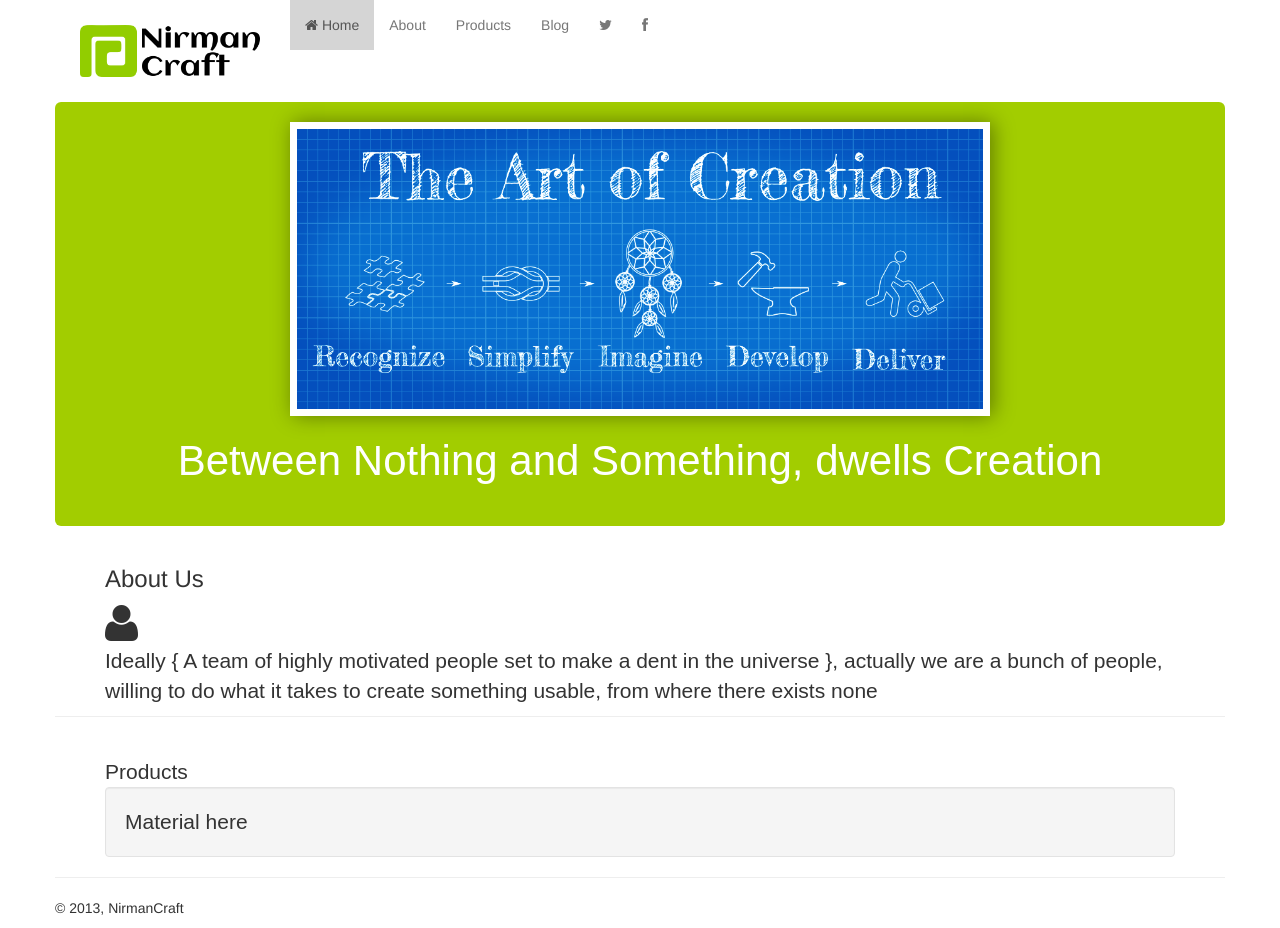
Repository: MeShreyas/NirmanCraftWebsite
Page: NirmanCraft/index.html
The author's editor kept a copy of each file at every save. The page is drawn from the files as they stood at one save, then again after the next save.
The browser window is 1280 px wide. The pictures show the whole page.
Some web fonts or font styles are not loaded; a fallback is used.

Above is the page before, as saved 2013-10-07 12:36:31.
Console error: ReferenceError: jQuery is not defined

### NirmanCraft/index.html
<!DOCTYPE html>
<html lang="en">
	<head>
		<meta charset="utf-8">

		<!-- Always force latest IE rendering engine (even in intranet) & Chrome Frame
		Remove this if you use the .htaccess -->
		<meta http-equiv="X-UA-Compatible" content="IE=edge,chrome=1">

		<title>Nirman Craft</title>
		<meta name="description" content="">
		<meta name="author" content="Shreyas">

		<meta name="viewport" content="width=device-width; initial-scale=1.0">

		<!-- Replace favicon.ico & apple-touch-icon.png in the root of your domain and delete these references -->
		<link rel="shortcut icon" href="/favicon.ico">
		<link rel="stylesheet" href="css/bootstrap.min.css">
		<link rel="apple-touch-icon" href="/apple-touch-icon.png">
		<link rel="stylesheet" href="font-awesome/css/font-awesome.min.css"/>
		<style type="text/css">
				.title-text {
					font-family: 'Strait', sans-serif;
					font-size: 2em;
					color: #FFFFFF;
				}

				.header-text {
					font-family: 'Strait', sans-serif;
					font-size: 1.5em;
					color:#333333;
				}
			</style>
	</head>

	<body>
		<div class="container">
			<header class="navbar" style="background-color: #FFFFFF;margin-bottom:0px">
				<div class="container">
					<div class="navbar-header">
						<a class="navbar-brand" href="../"><img src="images/nclogo.png" width="200px" style="padding:10px"/></a>
					</div>
					<div>
						<ul class="nav navbar-nav container" >
							<li class="active">
								<a href="../getting-started"><i class="icon-home"></i>&nbsp;Home</a>
							</li>
							<li>
								<a href="../css">About</a>
							</li>
							<li>
								<a href="../components">Products</a>
							</li>
							<li>
								<a href="../javascript">Blog</a>
							</li>
							<li>
								<a href="../customize"><i class="icon-twitter"></i></a>
							</li>
							<li>
								<a href="../customize"><i class="icon-facebook"></i></a>
							</li>
						</ul>
					</div>
				</div>
			</header>

			<div class="jumbotron" style="padding:20px 0px;margin-top:0px;background-color: #A2CD00">
				<div class="container title-text">
					<center>
						<img src="images/finalbanner.png" width="700px" style="border:7px solid #FFFFFF;box-shadow: 3px 0px 20px rgba(0,0,0,0.4)"/>
						<br/>
						Between Nothing and Something, dwells Creation
					</center>
				</div>
			</div>
			<div class="page-header header-text" style="padding:0 50px">
				<h3>About Us</h3>
				<div>
					<i class="icon-user icon-2x"></i>
					<p>
					Ideally { A team of highly motivated people set to make a dent in the universe }, actually we are a bunch
					of people, willing to do what it takes to create something usable, from where there exists none
					</p>
				</div>
			</div>
			<div class="page-header header-text" style="padding:0 50px">
				Products
				<div class="well">
					Material here
				</div>
			</div>
			<footer>
				<p>
					&copy; 2013, NirmanCraft
				</p>
			</footer>
		</div>
		<script src="js/bootstrap.min.js" type="text/javascript" charset="utf-8"></script>
		<link href='http://fonts.googleapis.com/css?family=Strait' rel='stylesheet' type='text/css'>
	</body>
</html>

Loaded but not shown: NirmanCraft/css/bootstrap.min.css (library); NirmanCraft/font-awesome/css/font-awesome.min.css (library); NirmanCraft/js/bootstrap.min.js (library)

After the next save:
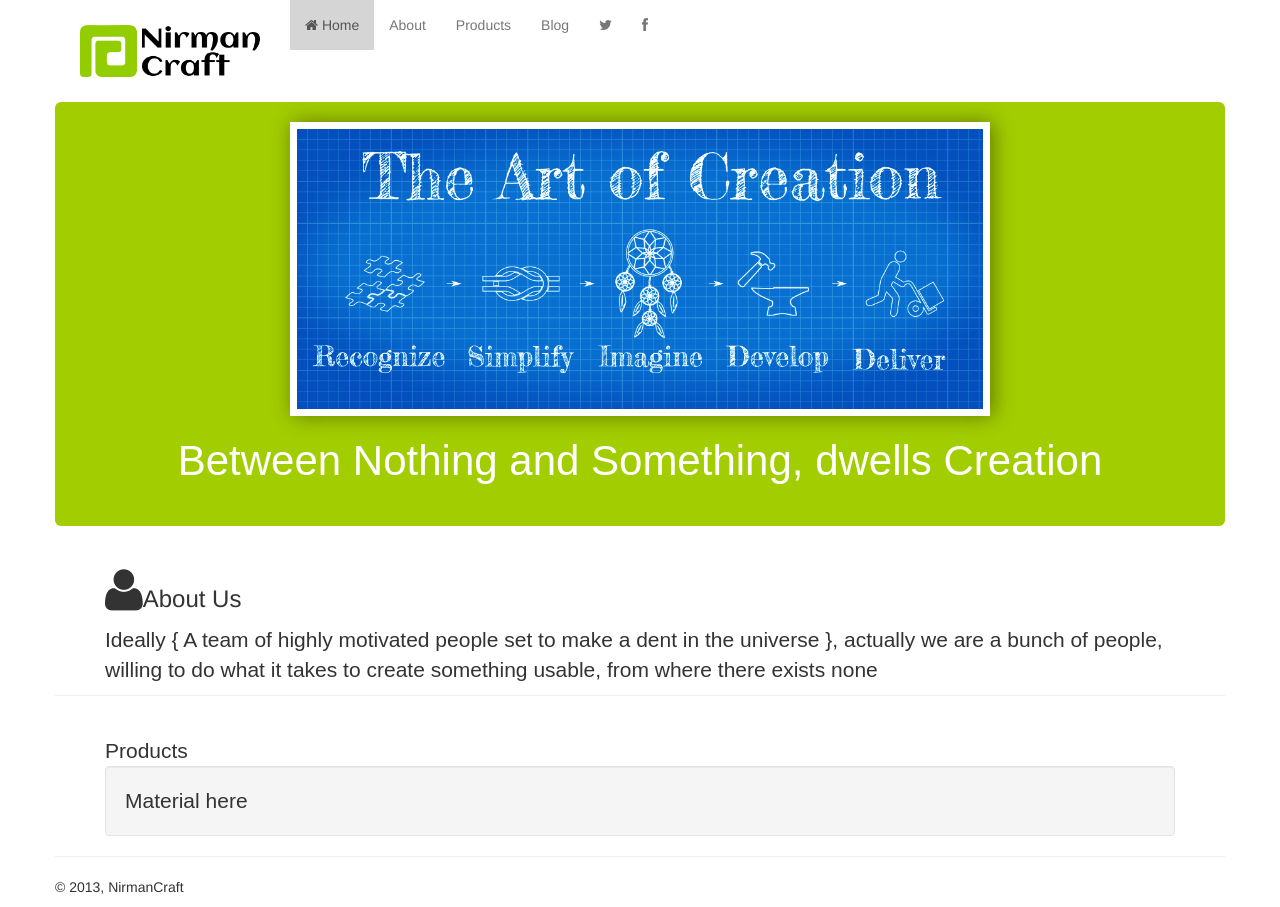
Saved 11 s later.
--- a/NirmanCraft/index.html
+++ b/NirmanCraft/index.html
@@ -75,9 +75,9 @@
 				</div>
 			</div>
 			<div class="page-header header-text" style="padding:0 50px">
-				<h3>About Us</h3>
+				<h3><i class="icon-user icon-2x"></i>About Us</h3>
 				<div>
-					<i class="icon-user icon-2x"></i>
+
 					<p>
 					Ideally { A team of highly motivated people set to make a dent in the universe }, actually we are a bunch
 					of people, willing to do what it takes to create something usable, from where there exists none
